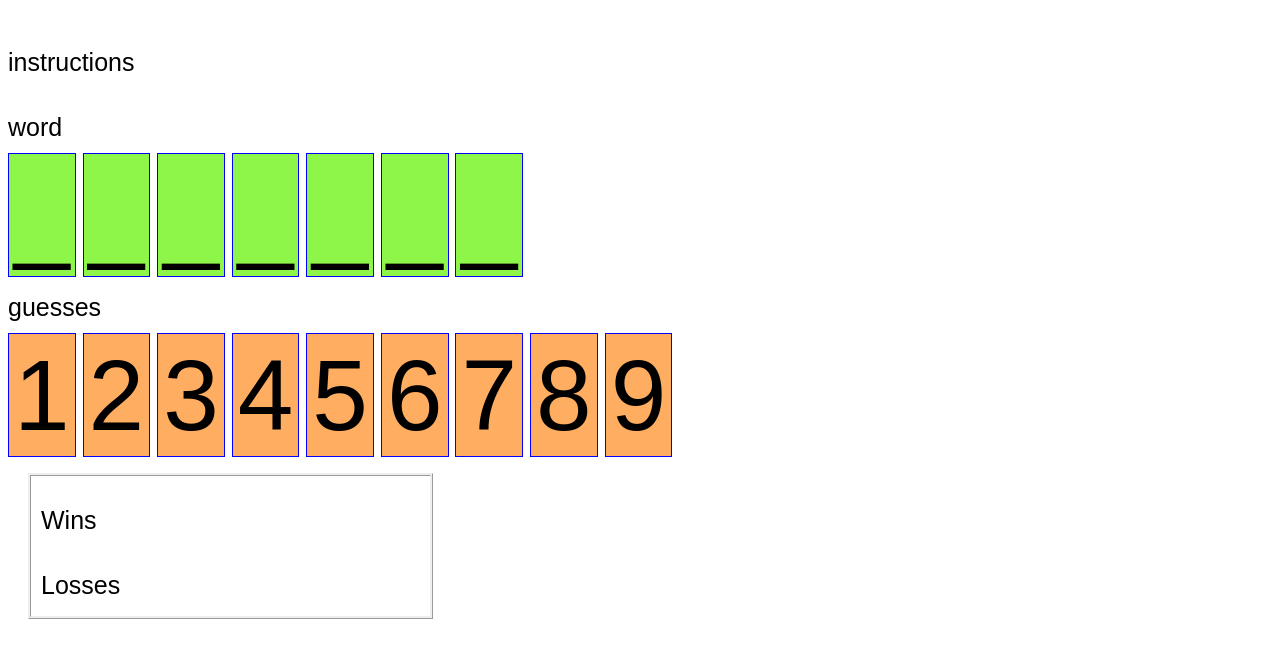
Repository: dsaftler/JavaScript
Page: index.html
The author's editor kept a copy of each file at every save. The page is drawn from the files as they stood at one save, then again after the next save.
The browser window is 1280 px wide. The pictures show the whole page.

Above is the page before, as saved 2019-03-28 17:37:11.

After the next save:
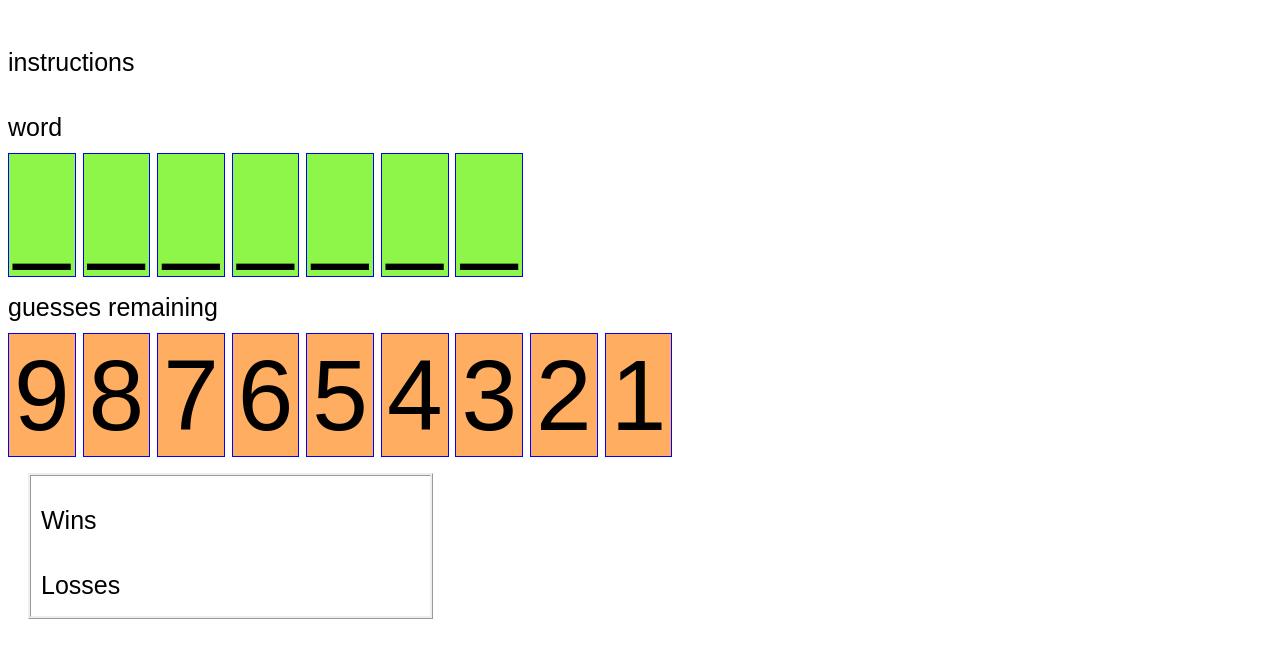
Saved 75 s later.
--- a/index.html
+++ b/index.html
@@ -21,17 +21,17 @@
          <div class="letter match" id="chr_6">_</div>
 
 
-        <div class="guesses showtext">guesses</div>
+        <div class="guesses showtext">guesses remaining </div>
 
-        <div class="letter guessed" id="guess_0">1</div>
-        <div class="letter guessed" id="guess_1">2</div>
-        <div class="letter guessed" id="guess_2">3</div>
-        <div class="letter guessed" id="guess_3">4</div>
+        <div class="letter guessed" id="guess_0">9</div>
+        <div class="letter guessed" id="guess_1">8</div>
+        <div class="letter guessed" id="guess_2">7</div>
+        <div class="letter guessed" id="guess_3">6</div>
         <div class="letter guessed" id="guess_4">5</div>
-        <div class="letter guessed" id="guess_5">6</div>
-        <div class="letter guessed" id="guess_6">7</div>
-        <div class="letter guessed" id="guess_7">8</div>
-        <div class="letter guessed" id="guess_8">9</div>
+        <div class="letter guessed" id="guess_5">4</div>
+        <div class="letter guessed" id="guess_6">3</div>
+        <div class="letter guessed" id="guess_7">2</div>
+        <div class="letter guessed" id="guess_8">1</div>
 
 
       <div class="score">
